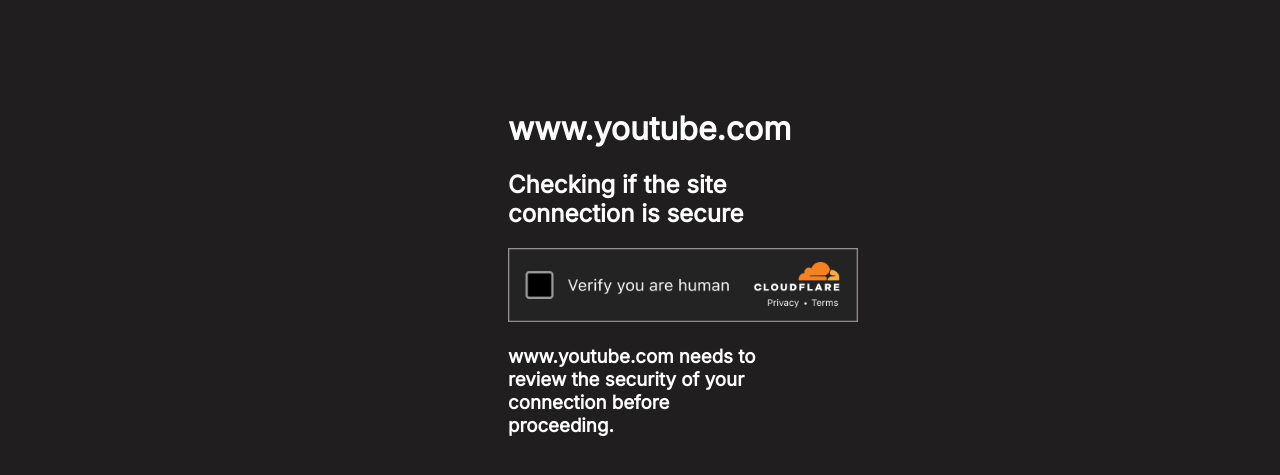
Repository: estech321/CAPTCHA-RickRoll
Page: index.html
The author's editor kept a copy of each file at every save. The page is drawn from the files as they stood at one save, then again after the next save.
The browser window is 1280 px wide. The pictures show the whole page.

Above is the page before, as saved 2023-12-29 23:44:56.

### index.html
<!DOCTYPE html>
<html>
<head>
    <meta charset="UTF-8" />
    <title>Just a moment...</title>
    <link rel="preconnect" href="https://fonts.googleapis.com">
    <link rel="preconnect" href="https://fonts.gstatic.com" crossorigin>
    <link href="https://fonts.googleapis.com/css2?family=Inter&display=swap" rel="stylesheet">
    <style>
        body {
            font-family: 'Inter', sans-serif;
            color: rgb(255, 255, 255);
            background-color: #201E1E;
            padding-top: 80px;
            padding-right: 500px;
            padding-bottom: 50px;
            padding-left: 500px;
        }
    </style>
</head>
<body>
    <main>
        <h1>www.youtube.com</h1>
        <h2>Checking if the site connection is secure</h2>
        <a href="https://bit.ly/rryt"><img src="verify.png" width="350" height="auto"/></a>
        <h3>www.youtube.com needs to review the security of your connection before proceeding.</h3>
    </main>
</body>
</html>

After the next save:
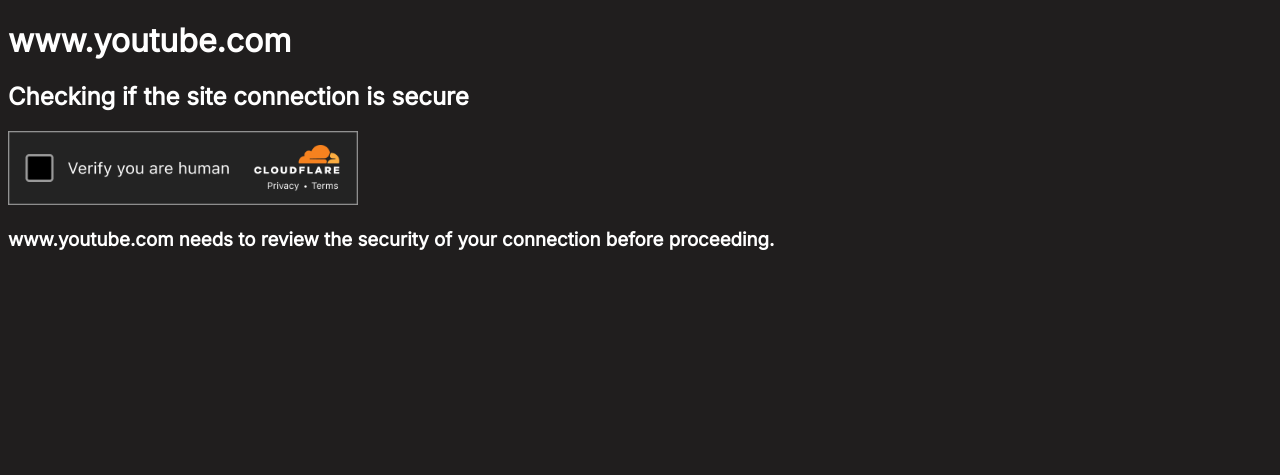
Saved 7 s later.
--- a/index.html
+++ b/index.html
@@ -11,10 +11,7 @@
             font-family: 'Inter', sans-serif;
             color: rgb(255, 255, 255);
             background-color: #201E1E;
-            padding-top: 80px;
-            padding-right: 500px;
-            padding-bottom: 50px;
-            padding-left: 500px;
+
         }
     </style>
 </head>

After the 2 saves that followed:
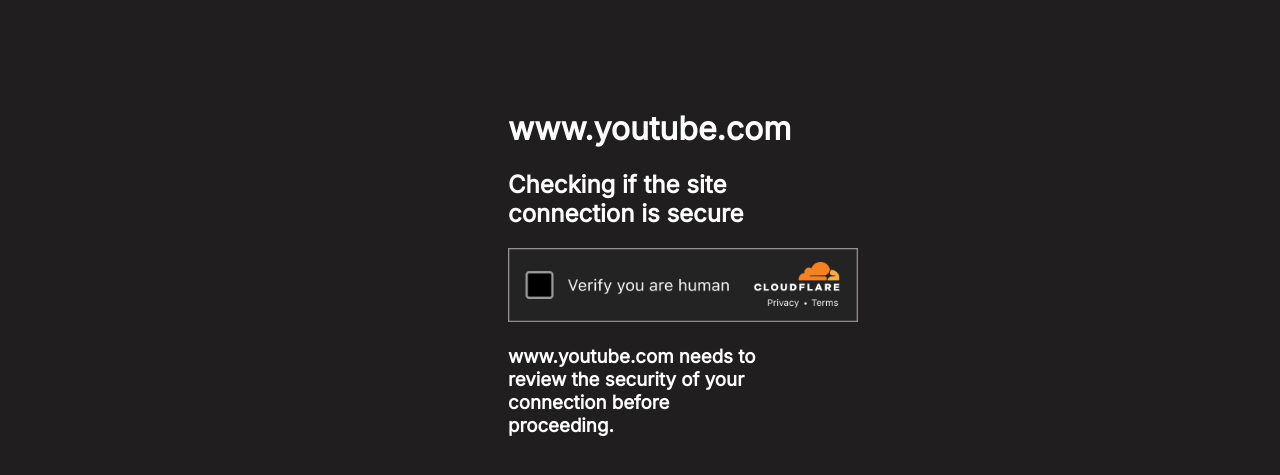
The 2 saves are shown as one change because 1 left the picture as it was.
The last was saved 29 s later.
--- a/index.html
+++ b/index.html
@@ -11,7 +11,12 @@
             font-family: 'Inter', sans-serif;
             color: rgb(255, 255, 255);
             background-color: #201E1E;
-
+        }
+        main {
+            padding-top: 80px;
+            padding-right: 500px;
+            padding-bottom: 50px;
+            padding-left: 500px;
         }
     </style>
 </head>
@@ -22,5 +27,8 @@
         <a href="https://bit.ly/rryt"><img src="verify.png" width="350" height="auto"/></a>
         <h3>www.youtube.com needs to review the security of your connection before proceeding.</h3>
     </main>
+    <footer>
+
+    </footer>
 </body>
 </html>
